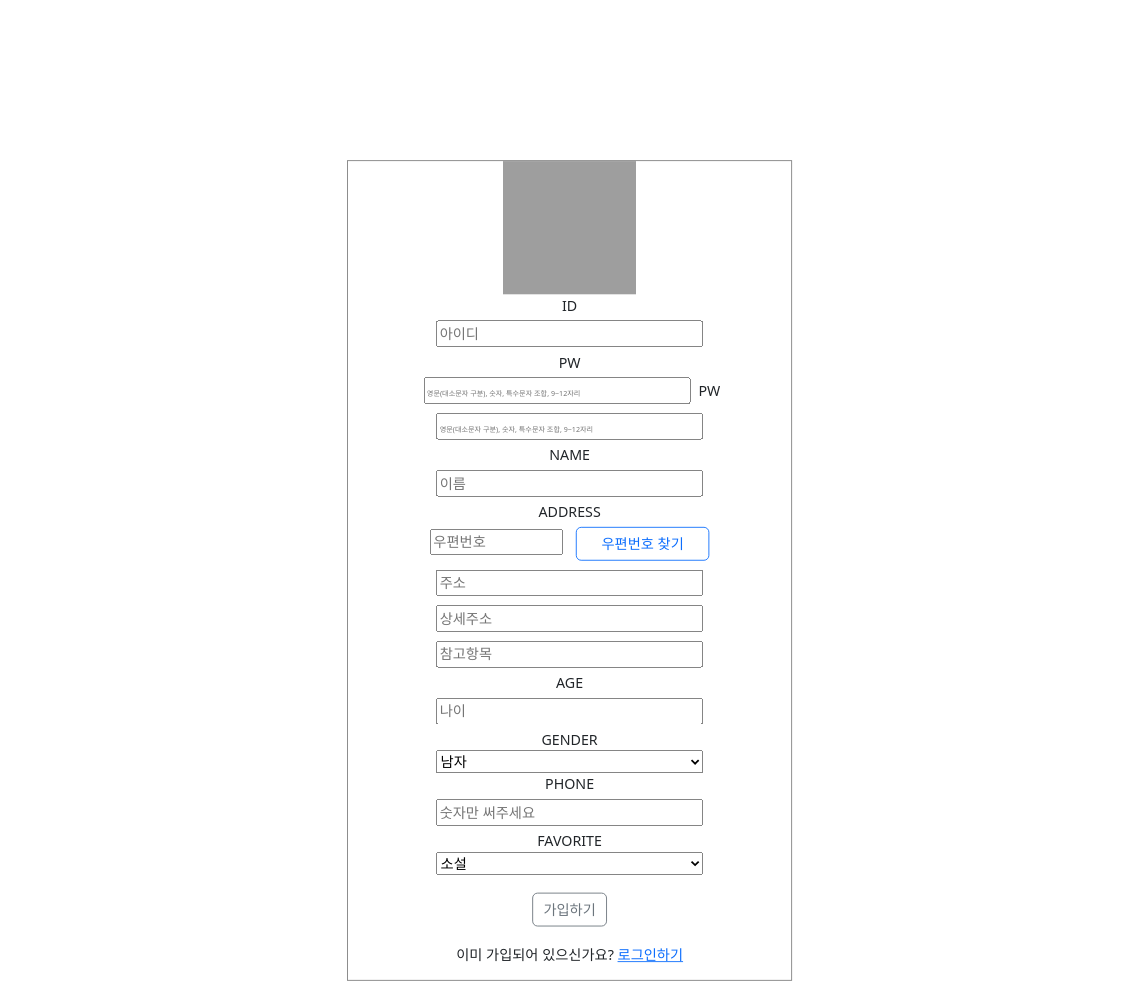
Repository: bongbongi/book1
Page: http://localhost/book/WEB-INF/views/member/memberJoin.jsp
The author's editor kept a copy of each file at every save. The page is drawn from the files as they stood at one save, then again after the next save.
The browser window is 1280 px wide. The pictures show the whole page, at 89% of full size.
Pictures or frames that could not be fetched are drawn as grey boxes. Some web libraries are served in a nearby version. The page is served by Tomcat 9. Nobody is signed in. The template is opened directly, without the code that normally fills it, so the values that code supplies are empty.

Above is the page before, as saved 2023-01-14 15:18:38.

After the next save:
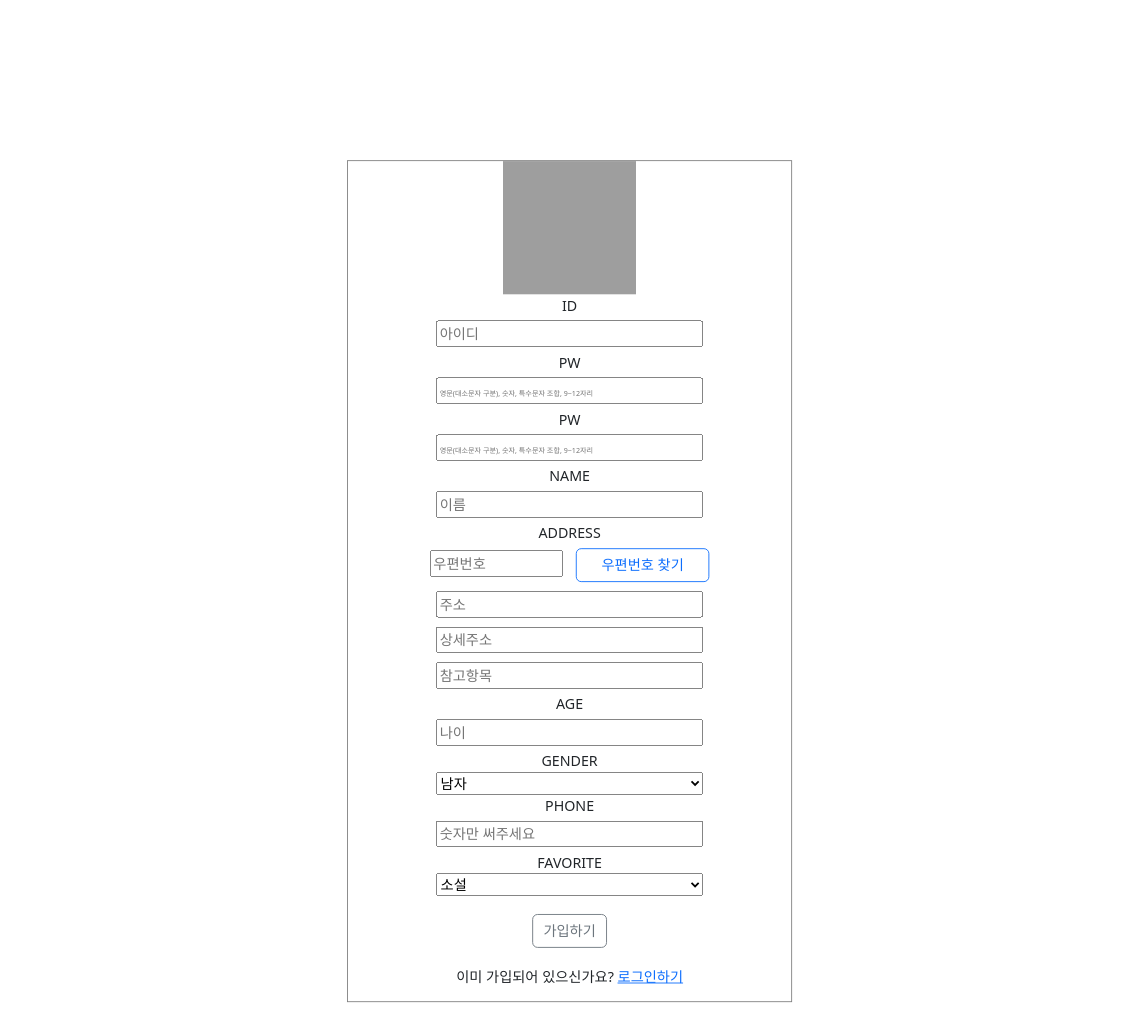
Saved 8 s later.
--- a/book/src/main/webapp/WEB-INF/views/member/memberJoin.jsp
+++ b/book/src/main/webapp/WEB-INF/views/member/memberJoin.jsp
@@ -31,7 +31,7 @@ crossorigin="anonymous">
                    <Br>
                 <lable for="mem_pw">PW</lable><br>
                 <input type="password" class="join-input" name="mem_pw" id="mem_pw"
-                    placeholder="영문(대소문자 구분), 숫자, 특수문자 조합, 9~12자리" required><brk>
+                    placeholder="영문(대소문자 구분), 숫자, 특수문자 조합, 9~12자리" required><br>
                 <lable for="mem_pw">PW</lable><br>
                 <input type="password" class="join-input" name="mem_pwRe" id="mem_pwRe"
                     placeholder="영문(대소문자 구분), 숫자, 특수문자 조합, 9~12자리" onchange="checkPw()" required>
